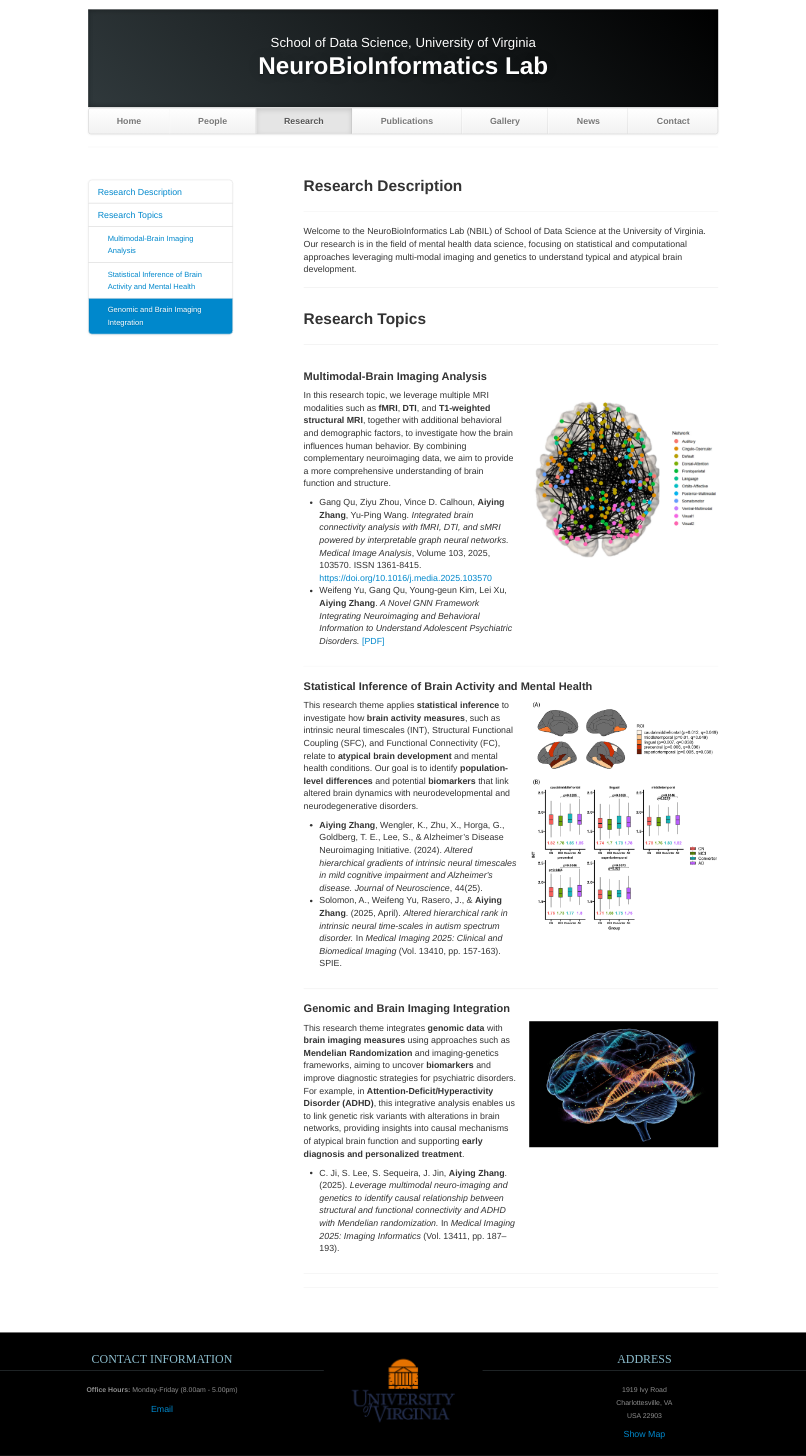
Repository: nbillab/nbillab.io
Page: research.html
The author's editor kept a copy of each file at every save. The page is drawn from the files as they stood at one save, then again after the next save.
The browser window is 1280 px wide. The pictures show the whole page, at 63% of full size.

Above is the page before, as saved 2025-08-18 00:07:07.

### research.html
<!DOCTYPE html>
<html lang="en">
   <head>
      <meta charset="utf-8">
      <title>Research</title>
      <meta name="viewport" content="width=device-width, initial-scale=1.0">
      <meta name="description" content="Research Lab, Home, Velit Aliquet Sagittis University">
      <meta name="author" content="">
      <!-- Le styles -->
      <link href="css/bootstrap.min.css" rel="stylesheet">
      <link href="css/bootstrap-responsive.min.css" rel="stylesheet">
      <link href="css/theme.css" rel="stylesheet">
   </head>
   <body>
      <div class="container">
         <header class="jumbotron subhead" id="overview">
            <p class="lead"> School of Data Science, University of Virginia </p>
            <h1>NeuroBioInformatics Lab</h1>
         </header>
         <div class="masthead">
            <div class="navbar">
               <div class="navbar-inner">
                  <div class="container">
                     <ul class="nav">
                        <li><a href="index.html">Home</a></li>
                        <li><a href="people.html">People</a></li>
                        <li class="active"><a href="#">Research</a></li>
                        <li><a href="publications.html">Publications</a></li>
                        <li><a href="gallery.html">Gallery</a></li>
                        <li><a href="news.html">News</a></li>
                        <li><a href="contact.html">Contact</a></li>
                     </ul>
                  </div>
               </div>
            </div>
         </div>
         <hr>
         <div class="row-fluid">
            <div class="span3 bs-docs-sidebar" id="navparent">
               <ul class="nav nav-list bs-docs-sidenav" data-spy="affix" data-offset-top="200" data-offset-bottom="260">
                  <li><a href="#statemet"> Research Description </a></li>
                  <li><a href="#nano"> Research Topics </a></li>
                  <li><a class="subhead" href="#Penatibus"> Multimodal-Brain Imaging Analysis </a></li>
                  <li><a class="subhead" href="#QuamIdLeo"> Statistical Inference of Brain Activity and Mental Health  </a></li>
                  <li><a class="subhead" href="#GenomicIntegration"> Genomic and Brain Imaging Integration </a></li>

               </ul>
            </div>
            <div class="span8 offset1">
               <section id="statemet">
                  <div class="page-header">
                     <h3>Research Description</h3>
                     <hr>
                     <p>Welcome to the NeuroBioInformatics Lab (NBIL) of School of Data Science at the University of Virginia.
                        Our research is in the field of mental health data science, focusing on statistical and computational approaches leveraging multi-modal imaging and genetics to understand typical and atypical brain development.
                     </p>
                  </div>
               </section>
               <section id="nano">
                  <div class="page-header">
                     <h3>Research Topics</h3>
                  </div>
                  <div class="row-fluid">
                     <div class="span12">
                     <section id="Penatibus">
                     <h4>Multimodal-Brain Imaging Analysis</h4>
                     <div style="display: flex; align-items: flex-start; gap: 20px;">
                        <div style="flex: 1;">
                           <p>
                           In this research topic, we leverage multiple MRI modalities such as
                           <strong>fMRI</strong>, <strong>DTI</strong>, and <strong>T1-weighted structural MRI</strong>,
                           together with additional behavioral and demographic factors, to investigate how the brain
                           influences human behavior. By combining complementary neuroimaging data, we aim to
                           provide a more comprehensive understanding of brain function and structure.
                           </p>
                           <ul>
                           <li>
                              Gang Qu, Ziyu Zhou, Vince D. Calhoun,
                              <strong>Aiying Zhang</strong>, Yu-Ping Wang.
                              <em>Integrated brain connectivity analysis with fMRI, DTI, and sMRI powered by interpretable graph neural networks.</em>
                              <i>Medical Image Analysis</i>, Volume 103, 2025, 103570.
                              ISSN 1361-8415.
                              <a href="https://doi.org/10.1016/j.media.2025.103570" target="_blank">https://doi.org/10.1016/j.media.2025.103570</a>
                           </li>
                           <li>
                              Weifeng Yu, Gang Qu, Young-geun Kim, Lei Xu, <strong>Aiying Zhang</strong>.
                              <em>A Novel GNN Framework Integrating Neuroimaging and Behavioral Information to Understand Adolescent Psychiatric Disorders.</em>
                              <a href="https://openreview.net/pdf?id=Yjv27GWb3n" target="_blank">[PDF]</a>
                           </li>
                           </ul>
                        </div>
                        <div style="flex: 0 0 300px;">
                           <img src="images/brain_conn.png" alt="Multimodal Brain Imaging" style="max-width:100%; height:auto;">
                        </div>
                     </div>
                     </section>
                        <hr>
                     <section id="QuamIdLeo">
                        <h4>Statistical Inference of Brain Activity and Mental Health</h4>
                        <div style="display: flex; align-items: flex-start; gap: 20px;">
                           <div style="flex: 1;">
                              <p>
                                 This research theme applies <strong>statistical inference</strong> to investigate how
                                 <strong>brain activity measures</strong>, such as intrinsic neural timescales (INT), Structural Functional Coupling (SFC), and Functional Connectivity (FC),
                                 relate to <strong>atypical brain development</strong> and mental health conditions.
                                 Our goal is to identify <strong>population-level differences</strong> and potential
                                 <strong>biomarkers</strong> that link altered brain dynamics with neurodevelopmental
                                 and neurodegenerative disorders.
                              </p>
                              <ul>
                                 <li>
                                    <strong>Aiying Zhang</strong>, Wengler, K., Zhu, X., Horga, G., Goldberg, T. E., Lee, S.,
                                    & Alzheimer’s Disease Neuroimaging Initiative. (2024).
                                    <em>Altered hierarchical gradients of intrinsic neural timescales in mild cognitive impairment and Alzheimer's disease.</em>
                                    <i>Journal of Neuroscience</i>, 44(25).
                                 </li>
                                 <li>
                                    Solomon, A., Weifeng Yu, Rasero, J., & <strong>Aiying Zhang</strong>. (2025, April).
                                    <em>Altered hierarchical rank in intrinsic neural time-scales in autism spectrum disorder.</em>
                                    In <i>Medical Imaging 2025: Clinical and Biomedical Imaging</i> (Vol. 13410, pp. 157-163). SPIE.
                                 </li>
                              </ul>
                           </div>
                           <div style="flex: 0 0 300px;">
                              <img src="images/AD_INT.png" alt="Brain Activity and Mental Health" style="max-width:100%; height:auto;">
                           </div>
                        </div>
                     </section>


                        <hr>
                     <section id="GenomicIntegration">
                        <h4>Genomic and Brain Imaging Integration</h4>
                        <div style="display: flex; align-items: flex-start; gap: 20px;">
                           <div style="flex: 1;">
                              <p>
                                 This research theme integrates <strong>genomic data</strong> with
                                 <strong>brain imaging measures</strong> using approaches such as
                                 <strong>Mendelian Randomization</strong> and imaging-genetics frameworks, aiming
                                 to uncover <strong>biomarkers</strong> and improve diagnostic strategies for
                                 psychiatric disorders. For example, in <strong>Attention-Deficit/Hyperactivity
                                 Disorder (ADHD)</strong>, this integrative analysis enables us to link genetic
                                 risk variants with alterations in brain networks, providing insights into causal
                                 mechanisms of atypical brain function and supporting <strong>early diagnosis
                                 and personalized treatment</strong>.
                              </p>
                              <ul>
                                 <li>
                                    C. Ji, S. Lee, S. Sequeira, J. Jin, <strong>Aiying Zhang</strong>. (2025).
                                    <em>Leverage multimodal neuro-imaging and genetics to identify causal relationship between structural and functional connectivity and ADHD with Mendelian randomization.</em>
                                    In <i>Medical Imaging 2025: Imaging Informatics</i> (Vol. 13411, pp. 187–193).
                                 </li>
                              </ul>
                           </div>
                           <div style="flex: 0 0 300px;">
                              <img src="images/brain_genome.png" alt="Genomic and Brain Imaging" style="max-width:100%; height:auto;">
                           </div>
                        </div>
                     </section>
                     </div>
                  </div>
               </section>
               <hr>

               <hr>
            </div>
         </div>
      </div>
      <footer id="footer">
         <div class="row-fluid">
            <div class="span5">
               <h3>Contact Information</h3>
               <p><b>Office Hours: </b>Monday-Friday (8.00am - 5.00pm)</p>
               <a href="mailto:xsa5db@virginia.edu">Email</a>
            </div>
            <div class="span2 text-center">
               <a href="https://datascience.virginia.edu/">
                  <img src="images/UVA.png" alt="research-lab-logo"/>
               </a>
            </div>
            <div class="span5">
               <h3>Address</h3>
               <p>1919 Ivy Road<br>
                  Charlottesville, VA<br>
                  USA 22903
               </p>
               <a href="http://maps.google.com/">Show Map</a>
            </div>
         </div>
      </footer>


      <!-- Le javascript
         ================================================== -->
      <!-- Placed at the end of the document so the pages load faster -->
      <script src="js/jquery-1.9.1.min.js"></script>
      <script src="js/bootstrap.min.js"></script>
      <script>
         $(document).ready(function() {
             $(document.body).scrollspy({
                 target: "#navparent"
             });
         });

      </script>
   </body>
</html>

### css/theme.css
body {
	padding-top: 15px;
	padding-bottom: 0px;
}


/* Custom container */

.container {
	margin: 0 auto;
	max-width: 1000px;
}

.container>hr {
	margin: 20px 0
}


/* Customize the navbar links to be fill the entire space of the .navbar */

.navbar .navbar-inner {
	padding: 0
}

.navbar .nav {
	margin: 0;
	display: table;
	width: 100%;
}

.navbar .nav li {
	display: table-cell;
	width: 1%;
	float: none;
}

.navbar .nav li a {
	font-weight: bold;
	text-align: center;
	border-left: 1px solid rgba(255, 255, 255, .75);
	border-right: 1px solid rgba(0, 0, 0, .1);
}

.navbar .nav li:first-child a {
	border-left: 0;
	border-radius: 3px 0 0 3px;
}

.navbar .nav li:last-child a {
	border-right: 0;
	border-radius: 0 3px 3px 0;
}

body>.navbar {
	font-size: 13px
}


/* Change the docs' brand */

body>.navbar .brand {
	padding-right: 0;
	padding-left: 0;
	margin-left: 20px;
	float: right;
	font-weight: bold;
	color: #000;
	text-shadow: 0 1px 0 rgba(255, 255, 255, .1), 0 0 30px rgba(255, 255, 255, .125);
	-webkit-transition: all .2s linear;
	-moz-transition: all .2s linear;
	transition: all .2s linear;
}

body>.navbar .brand:hover {
	text-decoration: none;
	text-shadow: 0 1px 0 rgba(255, 255, 255, .1), 0 0 30px rgba(255, 255, 255, .4);
}


/* Sidenav for Docs
         -------------------------------------------------- */

@media screen and (max-width: 768px) {
	.bs-docs-sidenav {
		display: none !important;
	}
}

.bs-docs-sidenav {
	width: 228px;
	margin: 30px 0 0;
	padding: 0;
	background-color: #fff;
	-webkit-border-radius: 6px;
	-moz-border-radius: 6px;
	border-radius: 6px;
	-webkit-box-shadow: 0 1px 4px rgba(0, 0, 0, .065);
	-moz-box-shadow: 0 1px 4px rgba(0, 0, 0, .065);
	box-shadow: 0 1px 4px rgba(0, 0, 0, .065);
}

.bs-docs-sidenav>li>a {
	display: block;
	width: 200px;
	margin: 0 0 -1px;
	padding: 8px 14px;
	border: 1px solid #e5e5e5;
}

.bs-docs-sidenav>li>a.subhead {
	display: block;
	width: 168px;
	margin: 0 0 -1px;
	padding: 8px 30px;
	border: 1px solid #e5e5e5;
	font-size: 12px;
}

.bs-docs-sidenav>li:first-child>a {
	-webkit-border-radius: 6px 6px 0 0;
	-moz-border-radius: 6px 6px 0 0;
	border-radius: 6px 6px 0 0;
}

.bs-docs-sidenav>li:last-child>a {
	-webkit-border-radius: 0 0 6px 6px;
	-moz-border-radius: 0 0 6px 6px;
	border-radius: 0 0 6px 6px;
}

.bs-docs-sidenav>.active>a {
	position: relative;
	z-index: 2;
	padding: 9px 15px;
	border: 0;
	text-shadow: 0 1px 0 rgba(0, 0, 0, .15);
	-webkit-box-shadow: inset 1px 0 0 rgba(0, 0, 0, .1), inset -1px 0 0 rgba(0, 0, 0, .1);
	-moz-box-shadow: inset 1px 0 0 rgba(0, 0, 0, .1), inset -1px 0 0 rgba(0, 0, 0, .1);
	box-shadow: inset 1px 0 0 rgba(0, 0, 0, .1), inset -1px 0 0 rgba(0, 0, 0, .1);
}

.bs-docs-sidenav>li>a:hover {
	background-color: #f5f5f5
}

.bs-docs-sidenav a:hover .icon-chevron-right {
	opacity: .5
}

.bs-docs-sidenav.affix {
	top: 10px
}

.bs-docs-sidenav.affix-bottom {
	position: absolute;
	top: auto;
	bottom: 270px;
}


/* Responsive
         -------------------------------------------------- */

.affix {
	top: 0px
}

#media {
	margin-top: 70px
}

#media .header {
	margin-left: 0;
	margin-bottom: 56px;
	margin-top: 30px;
}

#media .post_row {
	margin-left: 0;
	margin-bottom: 40px;
}

#media .lastpost_row {
	margin-bottom: 0
}

#media .post_row .post {
	background: #fff;
	/*margin-left: 0;;
    margin-right: 20px;*/
	border-radius: 4px;
	box-shadow: 1px 1px 2px 0px #E0E0E0;
	width: 487px;
	height: 616px;
}

#media .post_row .last {
	margin-right: 0
}

#media .post_row .post .img {
	position: relative;
	text-align: center;
}

#media .post_row .post .img .date {
	background: #E8554E;
	position: absolute;
	padding: 2px 5px;
	top: 0;
	left: 11px;
}

#media .post_row .post .img .date p {
	color: #fff;
	font-size: 14px;
	font-weight: bold;
	font-style: italic;
	margin: 0;
}

#media .post_row .post .img img {
	height: 275px;
	width: 410px;
}

#media .post_row .post .text {
	margin: 18px auto 0;
	width: 83%;
}

#media .post_row .post .text h5 {
	margin: 0 0 8px 0;
	font-size: 20px;
	line-height: 23px;
}

#media .post_row .post .text h5 a {
	color: #333
}

#media .post_row .post .text span.date {
	color: #9F9F9F;
	display: block;
	margin-bottom: 12px;
	font-style: italic;
	font-size: 13px;
}

#media .post_row .post .text p {
	margin: 0;
	line-height: 21px;
	font-size: 14px;
}

#media .post_row .post .author_box {
	margin: 12px auto 20px;
	border-top: 1px solid #EDEDED;
	overflow: hidden;
	text-align: left;
	width: 85%;
	padding-top: 12px;
}

#media .post_row .post .author_box h6 {
	margin: 0 0 3px 0;
	font-size: 13px;
	line-height: 15px;
	font-style: italic;
	font-weight: normal;
	color: #B2B2B2;
}

#media .post_row .post .author_box p {
	color: #B2B2B2;
	font-style: italic;
	font-size: 13px;
	line-height: 14px;
	margin: 0;
}

#media .post_row .post .author_box img {
	float: right
}

#media .post_row .post a.plus_wrapper {
	width: 99%;
	text-align: center;
	background: #fff;
	display: none;
	border-radius: 0px 0px 4px 4px;
	padding: 6px 0px 2px;
	margin: 0 auto 1px;
}

#media .post_row .post a.plus_wrapper span {
	color: #1189D9;
	font-size: 30px;
	font-weight: bold;
}

#media .post_row .post:hover a.plus_wrapper {
	display: block
}

#media .post_row .post:hover {
	box-shadow: 0px 1px 5px 1px rgb(216, 216, 216)
}

#media .post_row .post:hover .text h5 a {
	color: #1189D9
}

.map .box_wrapp {
	position: absolute;
	margin: 15px auto;
	box-shadow: 0 0 7px 0 rgba(26, 26, 26, 0.4);
	padding: 30px 0 30px;
	background: white;
	border-radius: 4px;
	margin-top: 25px;
}

.map .box_wrapp .box_cont {
	margin: 30px auto;
	width: 76%;
}

.section-header {
	text-align: center;
	margin-bottom: 35px;
}

.section-header h1,
.title-text {
	font-weight: bold;
	font-size: 30px;
	margin: 12.5px 0;
	font-weight: 100;
	margin-bottom: 25px;
	line-height: 55px;
}

.feature-item:hover {
	box-shadow: 0px 1px 5px 1px rgb(216, 216, 216)
}

.feature-item img {
	margin-left: 15px;
	margin-right: 15px;
	max-width: 90%;
	height: 200px;
}

.feature-item h5 {
	margin-left: 15px;
	margin-right: 15px;
	margin-top: 20px;
	margin-bottom: 20px;
}

.feature-item p {
	margin-left: 15px;
	margin-right: 15px;
}

.feature-heading {
	margin-top: 20px;
	margin-bottom: 20px;
	margin-left: 15px;
	margin-right: 15px;
}

.feature-heading a:hover {
	text-decoration: none;
}

.feature-button {
	font-size: 16px;
	background-image: none;
	box-shadow: none;
	margin-bottom: 10px;
}

.centered {
	text-align: center;
}

.subhead {
	text-align: left;
	border-bottom: 1px solid #ddd;
}

.jumbotron {
	position: relative;
	padding: 45px 0px 35px 0px;
	color: #fff;
	text-align: center;
	text-shadow: 0 1px 3px rgba(0, 0, 0, .4), 0 0 30px rgba(0, 0, 0, .075);
	background: #30393C;
	background: -moz-linear-gradient(45deg, #30393C 0%, #000000 100%);
	background: -webkit-gradient(linear, left bottom, right top, color-stop(0%, #30393C), color-stop(100%, #30393C));
	background: -webkit-linear-gradient(45deg, #30393C 0%, #000000 100%);
	background: -o-linear-gradient(45deg, #30393C 0%, #000000 100%);
	background: -ms-linear-gradient(45deg, #30393C 0%, #000000 100%);
	background: linear-gradient(45deg, #30393C 0%, #000000 100%) repeat;
	-webkit-box-shadow: inset 0 3px 7px rgba(0, 0, 0, .2), inset 0 -3px 7px rgba(0, 0, 0, .2);
	-moz-box-shadow: inset 0 3px 7px rgba(0, 0, 0, .2), inset 0 -3px 7px rgba(0, 0, 0, .2);
	box-shadow: inset 0 3px 7px rgba(0, 0, 0, .2), inset 0 -3px 7px rgba(0, 0, 0, .2);
}

.jumbotron:after {
	content: '';
	display: block;
	position: absolute;
	top: 0;
	right: 0;
	bottom: 0;
	left: 0;
	opacity: .4;
}

.lead {
	margin-bottom: 0px;
	font-size: 21px;
	font-weight: 200;
	line-height: 15px;
}

img.float-left {
	float: left;
	margin-top: 9px;
	margin-left: 0px;
	margin-right: 30px;
	margin-bottom: 12px;
}

img.float-right {
	float: right;
	margin-top: 9px;
	margin-right: 0px;
	margin-bottom: 12px;
	margin-left: 30px;
}

img.publications-thumb {
	width: 142px;
	height: 188px;
}

.caption {
	margin: 10px;
}

.responsive-video {
	position: relative;
	padding-bottom: 56.25%;
	padding-top: 60px;
	overflow: hidden;
}

.responsive-video iframe,
.responsive-video object,
.responsive-video embed {
	position: absolute;
	top: 0;
	left: 0;
	width: 93.5%;
	height: 93.5%;
}

.video-caption {
	margin: 10px;
}

.accordion {
	margin-bottom: 20px;
	margin-right: 40px;
}

.thumbnail>img.sponsor {
	width: 212px;
	height: 150px;
}

img.carousel-image {
	width: 100%;
}

li.publication {
	margin-bottom: 20px;
}

.page-header h3 a:hover {
	text-decoration: none;
}

iframe.map-frame {
	border: none;
	overflow: hidden;
	margin-top: 10px;
	margin-bottom: 10px;
	margin-left: 0px;
	margin-right: 0px;
	height: 550px;
	width: 100%;
}

ul.sponsors {
	margin-top: 40px;
	margin-bottom: 40px;
}

#footer {
	z-index: 10;
	margin-top: 50px;
	margin-bottom: 0px;
	padding-bottom: 25px;
	border-top-width: 8px;
	border-top-style: solid;
	border-top-color: #2F2F2F;
	background-color: #000000;
	border: 0;
	font-size: 100%;
	font: inherit;
	vertical-align: baseline;
	text-align: center;
}

#footer h3 {
	font-size: 19px;
	text-transform: uppercase;
	font-family: BebasNeueRegular;
	color: #8DBECE;
	border-bottom-width: 1px;
	border-bottom-style: solid;
	border-bottom-color: #30393C;
	line-height: 35px;
	margin-bottom: 20px;
	margin-top: 25px;
	font-weight: normal;
}

#footer a img {
	margin-top: 40px;
}

#footer p,
#footer address {
	color: #8F8F8F;
	font-size: 11px;
}

Loaded but not shown: css/bootstrap.min.css (library); css/bootstrap-responsive.min.css (library); js/jquery-1.9.1.min.js (library); js/bootstrap.min.js (library)

After the next save:
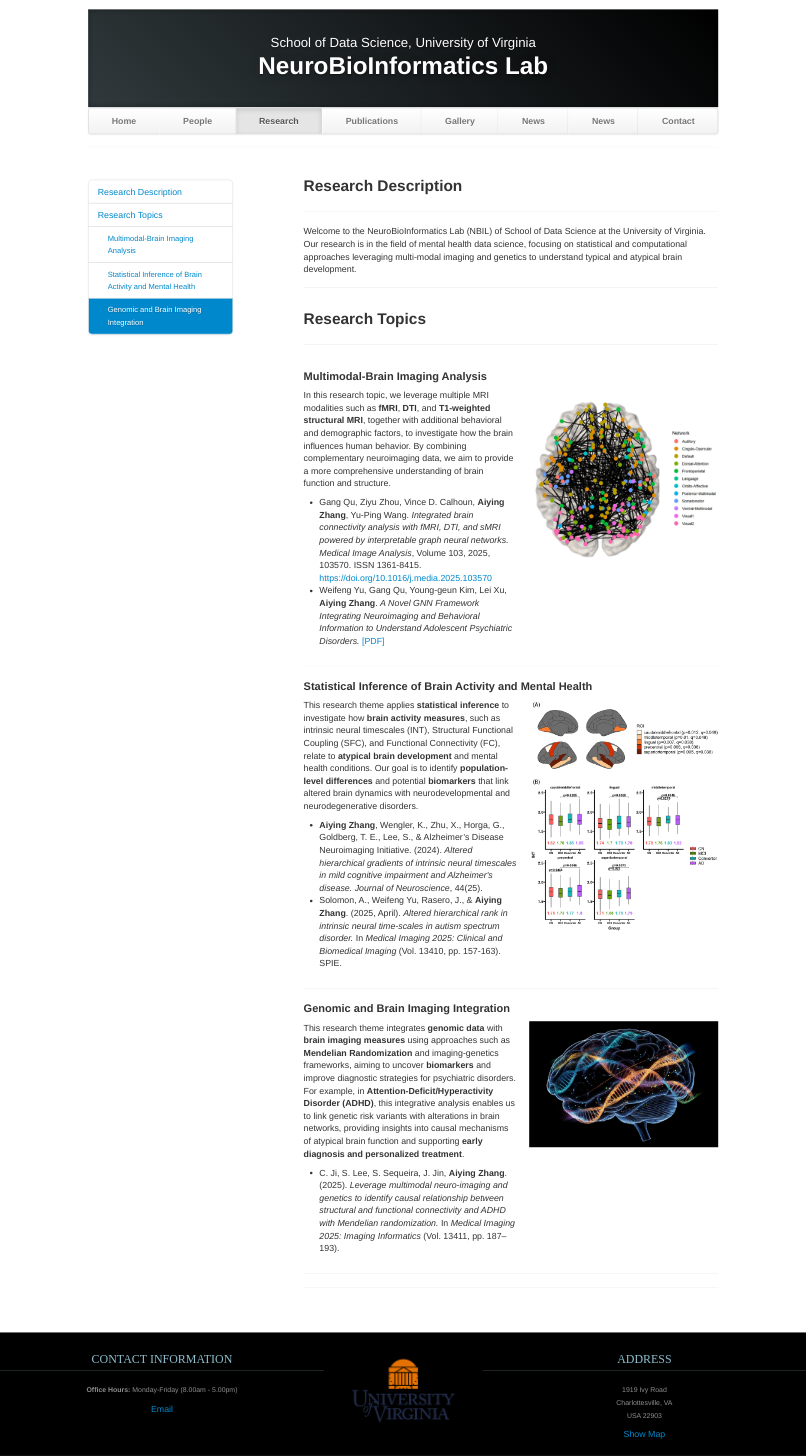
Saved 14 days later.
--- a/research.html
+++ b/research.html
@@ -28,6 +28,7 @@
                         <li><a href="publications.html">Publications</a></li>
                         <li><a href="gallery.html">Gallery</a></li>
                         <li><a href="news.html">News</a></li>
+                        <li><a href="journalclub.html">News</a></li>
                         <li><a href="contact.html">Contact</a></li>
                      </ul>
                   </div>
